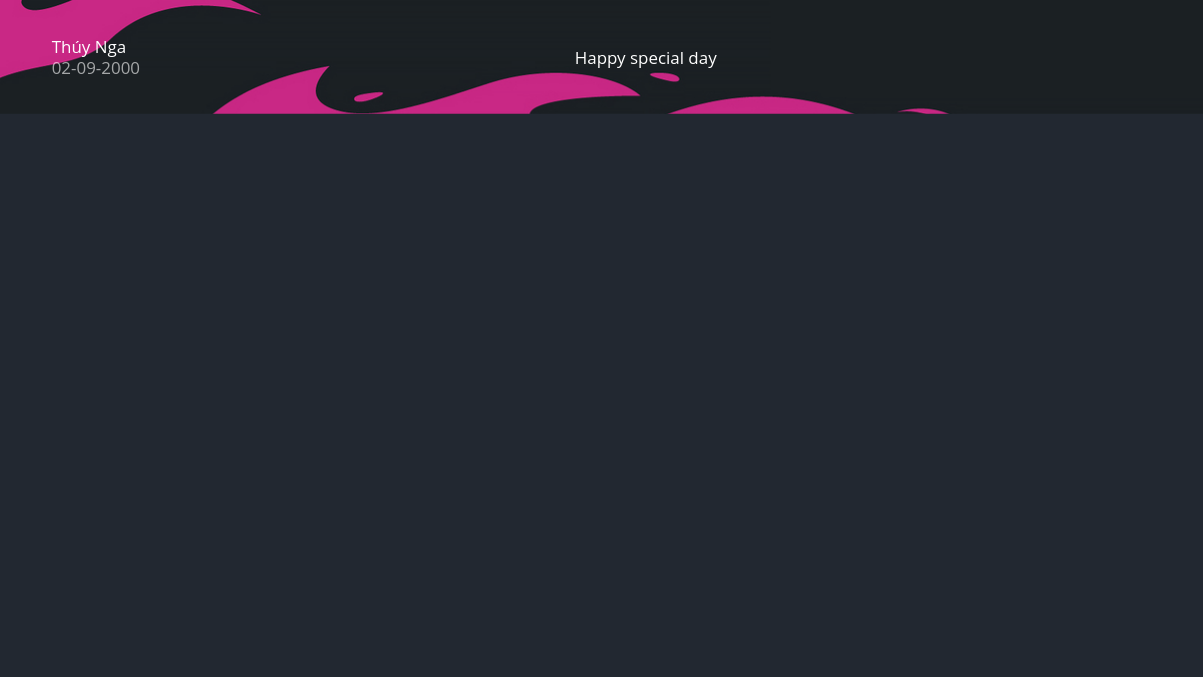
Repository: Datt21/p-happyB
Page: index.html
The author's editor kept a copy of each file at every save. The page is drawn from the files as they stood at one save, then again after the next save.
The browser window is 1280 px wide. The pictures show the whole page, at 94% of full size.
Some icons come from a web library that is not loaded, so they are not drawn.

Above is the page before, as saved 2021-08-31 04:43:15.

After the next save:
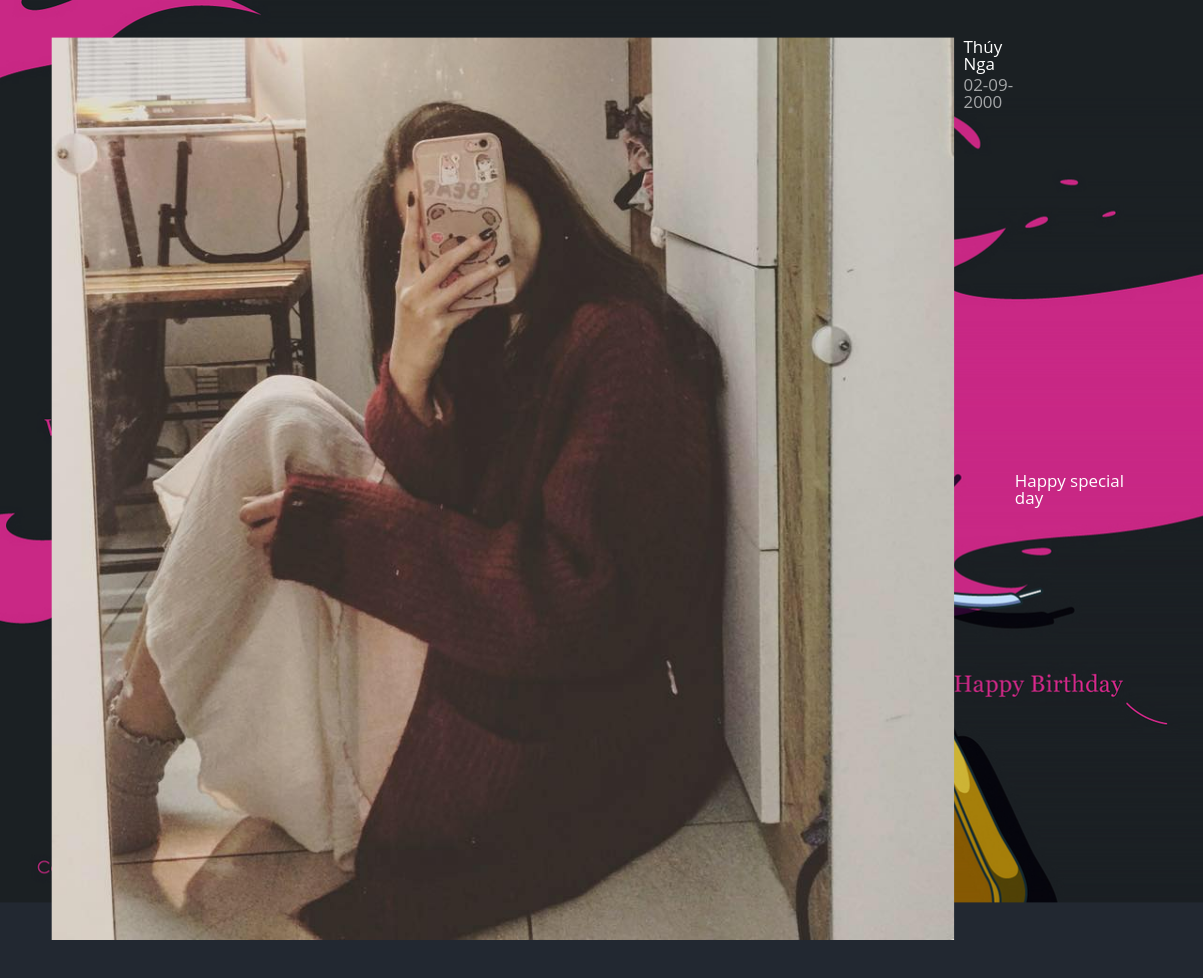
Saved 4 s later.
--- a/index.html
+++ b/index.html
@@ -14,7 +14,7 @@
         <div class="container">
             <div class="header-main">
                 <div class="header-info">
-                    <!-- <img src="./images/lemon.jpg" alt="" class="img-logo"> -->
+                    <img src="./images/lemon.jpg" alt="" class="img-logo">
                     <div class="info">
                         <div class="info-name">Thúy Nga</div>
                         <div class="birth-day">02-09-2000 <i class="uil uil-users-alt"></i> </div>
